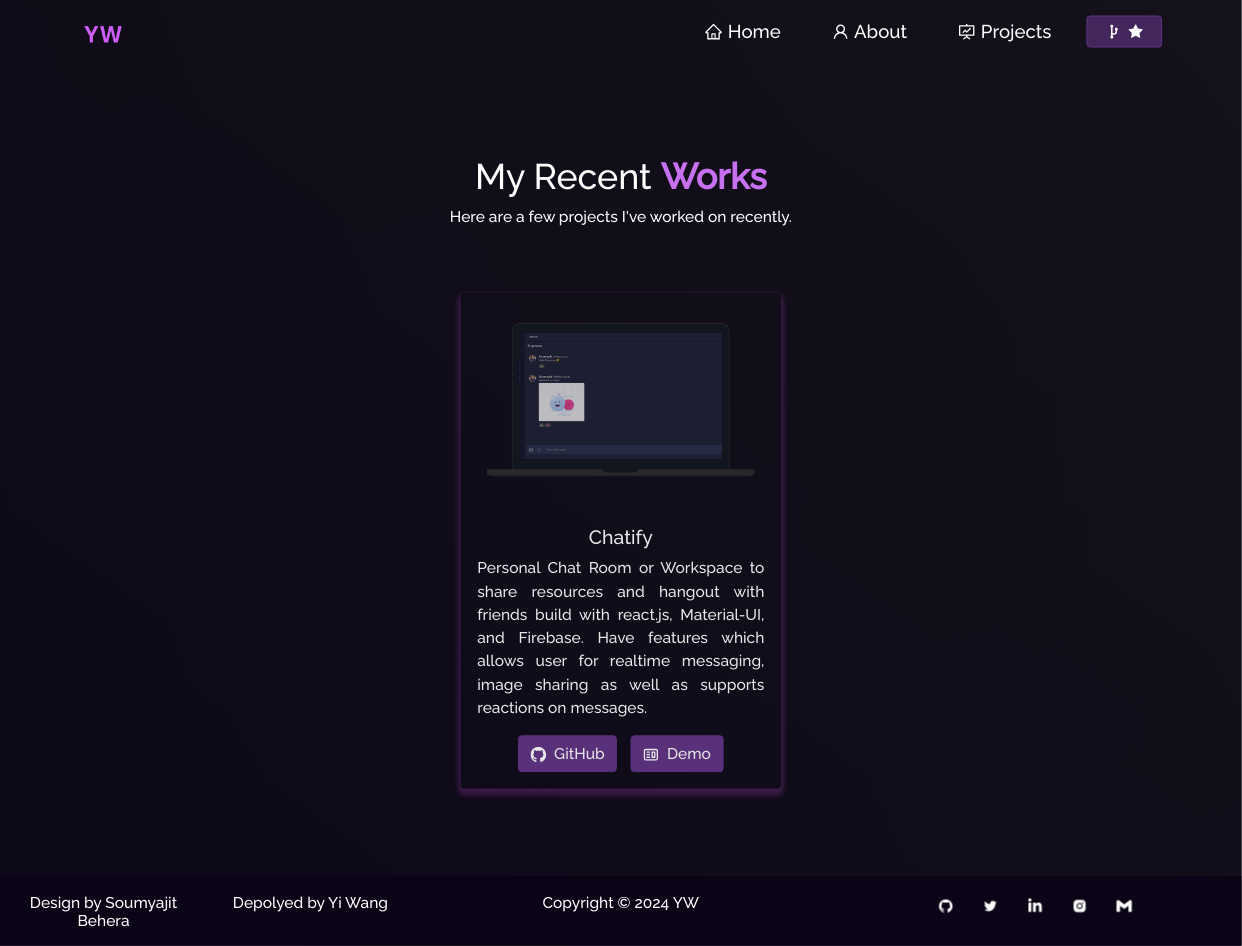
Repository: YiWang24/Portfolio
Page: /project
These files come from the project's save history. The page is drawn as it stood at one moment and after a run of saves; the edit follows.
The browser window is 1280 px wide. The pictures show the whole page, at 97% of full size.
The project was rebuilt for these pictures with package versions that can differ from the ones it lists, and the page was loaded fresh each time. Also part of the build but not shown: src/components/Home/Home2.js, src/components/Home/Type.js, src/components/Home/Home.js, src/components/About/Github.js, src/components/About/Techstack.js, src/components/About/AboutCard.js, src/components/About/Toolstack.js, src/components/About/About.js and 1 more. Imported but missing from the stored project, and not drawn on this page: src/Assets/Soumyajit_Behera-BIT_MESRA.pdf.

Above is the page before, as saved 2024-08-23 17:42:14.

### public/index.html
<!DOCTYPE html>
<html lang="en">

<head>
  <meta charset="utf-8" />
  <link rel="icon" href="%PUBLIC_URL%/favicon.png" />
  <meta name="viewport" content="width=device-width, initial-scale=1" />
  <meta name="theme-color" content="#000000" />
  <meta name="description" content="Web site created using create-react-app" />
  <link rel="manifest" href="%PUBLIC_URL%/manifest.json" />
  <title>Yi Wang | Portfolio</title>
  <meta name="description" content="Self Developed personal website build with React.js">

  <!-- Google / Search Engine Tags -->
  <meta itemprop="name" content="Yi Wang | Portfolio">
  <meta itemprop="description" content="Self Developed personal website build with React.js">
  <meta itemprop="image"
    content="https://raw.githubusercontent.com/soumyajit4419/Portfolio/master/Images/readme-img.png?token=AK7VCIF5RYEUZZAURELPTAC76U6AK">

  <!-- Facebook Meta Tags -->
  <meta property="og:url" content="https://soumyajit.vercel.app">
  <meta property="og:type" content="website">
  <meta property="og:title" content="Yi Wang | Portfolio">
  <meta property="og:description" content="Self Developed personal website build with React.js">
  <meta property="og:image"
    content="https://raw.githubusercontent.com/soumyajit4419/Portfolio/master/Images/readme-img.png?token=AK7VCIF5RYEUZZAURELPTAC76U6AK">

  <!-- Twitter Meta Tags -->
  <meta name="twitter:card" content="summary_large_image">
  <meta name="twitter:title" content="Yi Wang | Portfolio">
  <meta name="twitter:description" content="Self Developed personal website build with React.js">
  <meta name="twitter:image"
    content="https://raw.githubusercontent.com/soumyajit4419/Portfolio/master/Images/readme-img.png?token=AK7VCIF5RYEUZZAURELPTAC76U6AK">
</head>

<body>
  <noscript>You need to enable JavaScript to run this app.</noscript>
  <div id="root"></div>
</body>

</html>

### src/components/Navbar.js
import React, { useState } from "react";
import Navbar from "react-bootstrap/Navbar";
import Nav from "react-bootstrap/Nav";
import Container from "react-bootstrap/Container";
import logo from "../Assets/logo.png";
import Button from "react-bootstrap/Button";
import { Link } from "react-router-dom";
import { CgGitFork } from "react-icons/cg";
import { ImBlog } from "react-icons/im";
import {
  AiFillStar,
  AiOutlineHome,
  AiOutlineFundProjectionScreen,
  AiOutlineUser,
} from "react-icons/ai";

import { CgFileDocument } from "react-icons/cg";

function NavBar() {
  const [expand, updateExpanded] = useState(false);
  const [navColour, updateNavbar] = useState(false);

  function scrollHandler() {
    if (window.scrollY >= 20) {
      updateNavbar(true);
    } else {
      updateNavbar(false);
    }
  }

  window.addEventListener("scroll", scrollHandler);

  return (
    <Navbar
      expanded={expand}
      fixed="top"
      expand="md"
      className={navColour ? "sticky" : "navbar"}
    >
      <Container>
        <Navbar.Brand href="/" className="d-flex">
          <img src={logo} className="img-fluid logo" alt="brand" />
        </Navbar.Brand>
        <Navbar.Toggle
          aria-controls="responsive-navbar-nav"
          onClick={() => {
            updateExpanded(expand ? false : "expanded");
          }}
        >
          <span></span>
          <span></span>
          <span></span>
        </Navbar.Toggle>
        <Navbar.Collapse id="responsive-navbar-nav">
          <Nav className="ms-auto" defaultActiveKey="#home">
            <Nav.Item>
              <Nav.Link as={Link} to="/" onClick={() => updateExpanded(false)}>
                <AiOutlineHome style={{ marginBottom: "2px" }} /> Home
              </Nav.Link>
            </Nav.Item>

            <Nav.Item>
              <Nav.Link
                as={Link}
                to="/about"
                onClick={() => updateExpanded(false)}
              >
                <AiOutlineUser style={{ marginBottom: "2px" }} /> About
              </Nav.Link>
            </Nav.Item>

            <Nav.Item>
              <Nav.Link
                as={Link}
                to="/project"
                onClick={() => updateExpanded(false)}
              >
                <AiOutlineFundProjectionScreen
                  style={{ marginBottom: "2px" }}
                />{" "}
                Projects
              </Nav.Link>
            </Nav.Item>

            {/* <Nav.Item>
              <Nav.Link
                as={Link}
                to="/resume"
                onClick={() => updateExpanded(false)}
              >
                <CgFileDocument style={{ marginBottom: "2px" }} /> Resume
              </Nav.Link>
            </Nav.Item>

            <Nav.Item>
              <Nav.Link
                href="https://soumyajitblogs.vercel.app/"
                target="_blank"
                rel="noreferrer"
              >
                <ImBlog style={{ marginBottom: "2px" }} /> Blogs
              </Nav.Link>
            </Nav.Item> */}

            <Nav.Item className="fork-btn">
              <Button
                href="https://github.com/YiWang24/Portfolio"
                target="_blank"
                className="fork-btn-inner"
              >
                <CgGitFork style={{ fontSize: "1.2em" }} />{" "}
                <AiFillStar style={{ fontSize: "1.1em" }} />
              </Button>
            </Nav.Item>
          </Nav>
        </Navbar.Collapse>
      </Container>
    </Navbar>
  );
}

export default NavBar;

### src/components/Projects/Projects.js
import React from "react";
import { Container, Row, Col } from "react-bootstrap";
import ProjectCard from "./ProjectCards";
import Particle from "../Particle";
import leaf from "../../Assets/Projects/leaf.png";
import emotion from "../../Assets/Projects/emotion.png";
import editor from "../../Assets/Projects/codeEditor.png";
import chatify from "../../Assets/Projects/chatify.png";
import suicide from "../../Assets/Projects/suicide.png";
import bitsOfCode from "../../Assets/Projects/blog.png";

function Projects() {
  return (
    <Container fluid className="project-section">
      <Particle />
      <Container>
        <h1 className="project-heading">
          My Recent <strong className="purple">Works </strong>
        </h1>
        <p style={{ color: "white" }}>
          Here are a few projects I've worked on recently.
        </p>
        <Row style={{ justifyContent: "center", paddingBottom: "10px" }}>
          <Col md={4} className="project-card">
            <ProjectCard
              imgPath={chatify}
              isBlog={false}
              title="Chatify"
              description="Personal Chat Room or Workspace to share resources and hangout with friends build with react.js, Material-UI, and Firebase. Have features which allows user for realtime messaging, image sharing as well as supports reactions on messages."
              ghLink="https://github.com/YiWang24/WyCamp"
              demoLink="http://yiwang.run/app2"
            />
          </Col>
        </Row>
      </Container>
    </Container>
  );
}

export default Projects;

### src/components/Footer.js
import React from "react";
import { Container, Row, Col } from "react-bootstrap";
import {
  AiFillGithub,
  AiOutlineTwitter,
  AiFillInstagram,
} from "react-icons/ai";
import { FaLinkedinIn } from "react-icons/fa";
import { SiGmail } from "react-icons/si";

function Footer() {
  let date = new Date();
  let year = date.getFullYear();
  return (
    <Container fluid className="footer">
      <Row>
        <Col md="2" className="footer-copywright">
          <h3>Design by Soumyajit Behera</h3>
        </Col>
        <Col md="2" className="footer-copywright">
          <h3>Depolyed by Yi Wang</h3>
        </Col>
        <Col md="4" className="footer-copywright">
          <h3>Copyright © {year} YW</h3>
        </Col>
        <Col md="4" className="footer-body">
          <ul className="footer-icons">
            <li className="social-icons">
              <a
                href="https://github.com/YiWang24"
                style={{ color: "white" }}
                target="_blank"
                rel="noopener noreferrer"
                aria-label="GitHub"
              >
                <AiFillGithub />
              </a>
            </li>
            <li className="social-icons">
              <a
                href="https://x.com/wang_yi13857"
                style={{ color: "white" }}
                target="_blank"
                rel="noopener noreferrer"
              >
                <AiOutlineTwitter />
              </a>
            </li>
            <li className="social-icons">
              <a
                href="https://www.linkedin.com/in/yi-wang-51892731a/"
                style={{ color: "white" }}
                target="_blank"
                rel="noopener noreferrer"
              >
                <FaLinkedinIn />
              </a>
            </li>
            <li className="social-icons">
              <a
                href="https://www.instagram.com/yiwang2026/"
                style={{ color: "white" }}
                target="_blank"
                rel="noopener noreferrer"
              >
                <AiFillInstagram />
              </a>
            </li>
            <li className="social-icons">
              <a
                href="mailto:yiwang2457@gmail.com"
                style={{ color: "white" }}
                target="_blank"
                rel="noopener noreferrer"
              >
                <SiGmail />
              </a>
            </li>
          </ul>
        </Col>
      </Row>
    </Container>
  );
}

export default Footer;

### src/components/Particle.js
import React from "react";
import Particles from "react-tsparticles";

function Particle() {
  return (
    <Particles
      id="tsparticles"
      params={{
        particles: {
          number: {
            value: 160,
            density: {
              enable: true,
              value_area: 1500,
            },
          },
          line_linked: {
            enable: false,
            opacity: 0.03,
          },
          move: {
            direction: "right",
            speed: 0.05,
          },
          size: {
            value: 1,
          },
          opacity: {
            anim: {
              enable: true,
              speed: 1,
              opacity_min: 0.05,
            },
          },
        },
        interactivity: {
          events: {
            onclick: {
              enable: true,
              mode: "push",
            },
          },
          modes: {
            push: {
              particles_nb: 1,
            },
          },
        },
        retina_detect: true,
      }}
    />
  );
}

export default Particle;

### src/components/Projects/ProjectCards.js
import React from "react";
import Card from "react-bootstrap/Card";
import Button from "react-bootstrap/Button";
import { CgWebsite } from "react-icons/cg";
import { BsGithub } from "react-icons/bs";

function ProjectCards(props) {
  return (
    <Card className="project-card-view">
      <Card.Img variant="top" src={props.imgPath} alt="card-img" />
      <Card.Body>
        <Card.Title>{props.title}</Card.Title>
        <Card.Text style={{ textAlign: "justify" }}>
          {props.description}
        </Card.Text>
        <Button variant="primary" href={props.ghLink} target="_blank">
          <BsGithub /> &nbsp;
          {props.isBlog ? "Blog" : "GitHub"}
        </Button>
        {"\n"}
        {"\n"}

        {/* If the component contains Demo link and if it's not a Blog then, it will render the below component  */}

        {!props.isBlog && props.demoLink && (
          <Button
            variant="primary"
            href={props.demoLink}
            target="_blank"
            style={{ marginLeft: "10px" }}
          >
            <CgWebsite /> &nbsp;
            {"Demo"}
          </Button>
        )}
      </Card.Body>
    </Card>
  );
}
export default ProjectCards;

Loaded but not shown: src/index.js (common file); src/index.css (common file); src/App.js (common file); src/reportWebVitals.js (common file); src/components/Pre.js (common file); src/components/ScrollToTop.js (common file); src/style.css (common file); src/App.css (common file)

After the next 2 saves:
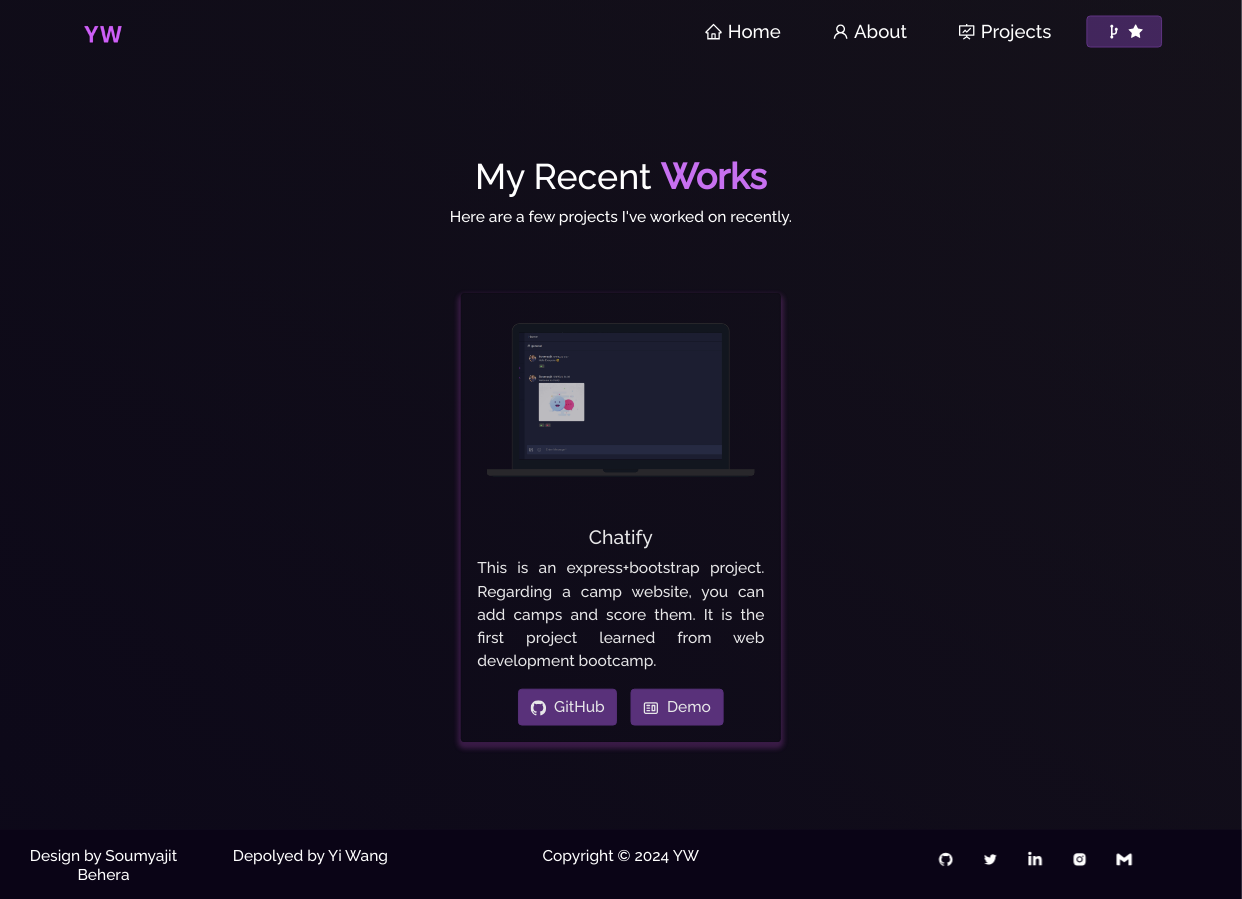
The 2 saves are shown as one change because they came seconds apart.
The last was saved 111 s later.
--- a/src/components/Projects/Projects.js
+++ b/src/components/Projects/Projects.js
@@ -26,7 +26,7 @@ function Projects() {
               imgPath={chatify}
               isBlog={false}
               title="Chatify"
-              description="Personal Chat Room or Workspace to share resources and hangout with friends build with react.js, Material-UI, and Firebase. Have features which allows user for realtime messaging, image sharing as well as supports reactions on messages."
+              description="This is an express+bootstrap project. Regarding a camp website, you can add camps and score them. It is the first project learned from web development bootcamp."
               ghLink="https://github.com/YiWang24/WyCamp"
               demoLink="http://yiwang.run/app2"
             />
